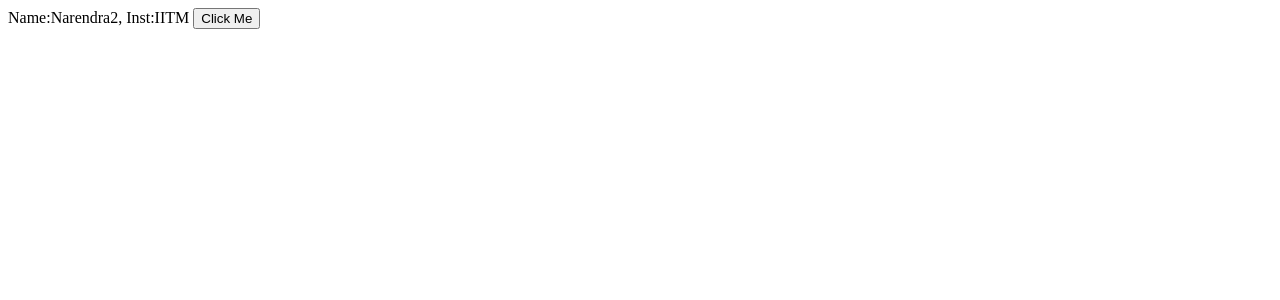
Repository: narendraiitm/sept23-live-sessions
Page: vue-basic/index.html
An editor plug-in stored every save of this project. The page is shown before and after the next save, followed by the edit.
The browser window is 1280 px wide. The pictures show the whole page.

Above is the page before, as saved 2023-10-17 20:52:07.

### vue-basic/index.html
<!DOCTYPE html>
<html lang="en">
  <head>
    <meta charset="UTF-8" />
    <meta http-equiv="X-UA-Compatible" content="IE=edge" />
    <meta name="viewport" content="width=device-width, initial-scale=1.0" />
    <title>Document</title>
  </head>
  <body>
    <div id="app">{{name}}</div>
  </body>
  <script src="https://cdn.jsdelivr.net/npm/vue@2/dist/vue.js"></script>
  <script src="./app.js"></script>
</html>

### vue-basic/app.js
new Vue({
  // options object
  el: '#app',
  template: `<div>Name:{{name}}, Inst:{{inst}}
  <button v-on:click='sayHello'>Click Me</button>
  </div>`,
  data: {
    name: 'Narendra2',
    inst: 'IITM',
  },
  methods: {
    sayHello() {
      alert('Hello from method')
    },
  },
})

After the next save:
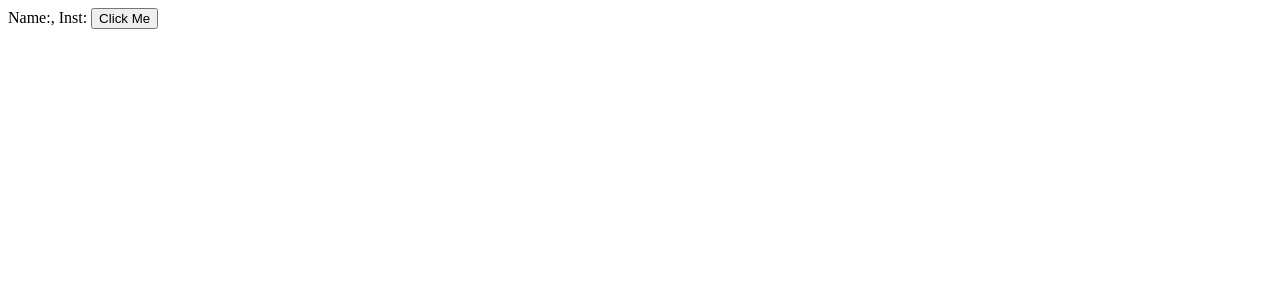
Saved 2 min 24 s later.
--- a/vue-basic/app.js
+++ b/vue-basic/app.js
@@ -8,6 +8,9 @@
     name: 'Narendra2',
     inst: 'IITM',
   },
+  data: {
+    game: 'cricket',
+  },
   methods: {
     sayHello() {
       alert('Hello from method')

After the save that followed:
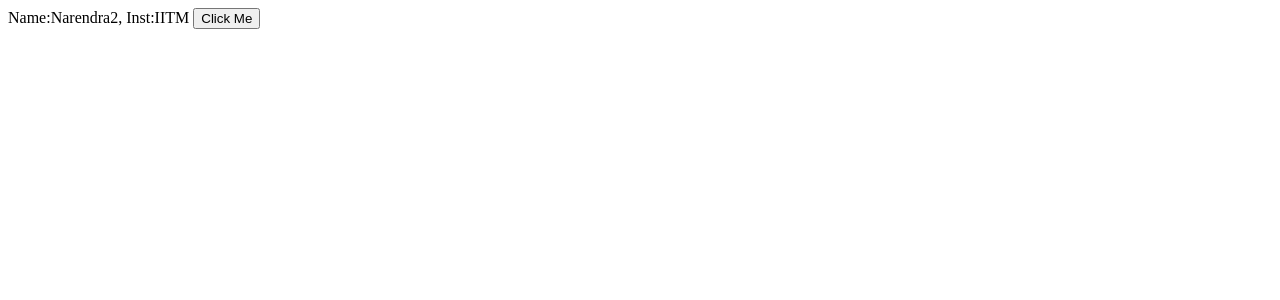
Saved 54 s later.
--- a/vue-basic/app.js
+++ b/vue-basic/app.js
@@ -8,9 +8,6 @@
     name: 'Narendra2',
     inst: 'IITM',
   },
-  data: {
-    game: 'cricket',
-  },
   methods: {
     sayHello() {
       alert('Hello from method')
